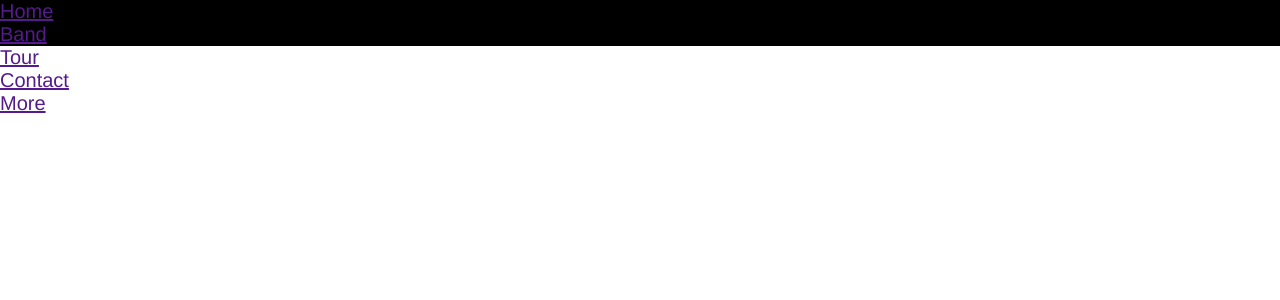
Repository: nugort/nugort.github.io
Page: f8/the-band/index.html
These files come from the project's save history. The page is drawn as it stood at one moment and after the next save; the edit follows.
The browser window is 1280 px wide. The pictures show the whole page.

Above is the page before, as saved 2022-02-07 00:17:36.

### f8/the-band/index.html
<!DOCTYPE html>
<html lang="en">

<head>
    <meta charset="UTF-8">
    <meta http-equiv="X-UA-Compatible" content="IE=edge">
    <meta name="viewport" content="width=device-width, initial-scale=1.0">
    <title>Document</title>
    <link rel="stylesheet" href="./assets/css/styles.css">
</head>

<body>
    <div id="main">
        <div id="header">
            <ul id="nav">
                <li>
                    <a href="">Home</a>
                </li>

                <li>
                    <a href="">Band</a>
                </li>

                <li>
                    <a href="">Tour</a>
                </li>

                <li>
                    <a href="">Contact</a>
                </li>

                <li>
                    <a href="">More</a>
                </li>
            </ul>
        </div>

        <div id="conten">

        </div>

        <div id="footer">

        </div>
    </div>
</body>

</html>

### f8/the-band/assets/css/styles.css
/* 3 kiểu dùng css
- inline (phèn)
- internal (cũng phèn)
-external (đúng đúng đúng) */

/* Các đơn vị hay dùng
* Absolute units
- px
- pt
- cm
- mm
- inch
- picture

* Relative units
- %
- rem (bằng kích cỡ chữ của thẻ html - mặc định là 16px)
- em  (bằng kích cỡ chữ của thẻ cha chứa nó gần nhất có set font-size)
- vw (chiều rộng bằng chiều ngang của màn hình hiển thị)
- vh (chiều cao bằng chiều dọc của màn hình hiển thị) */

/* Hàm trong css
- var(): gọi biến vào
- linearGradient()
- rgba()
- rgb
- calc(): tính toán
- attr() */

/* Pseudo-classes (lớp giả) */

:root {
    --text-color: #FFFFFF;
    --background-color: #00171F;
    --button-color: #003459;
    --other-color: #007EA7;
    --button-2nd-color: #00A8E8;
}  /* Đặt biến giống trong ngôn ngữ lập trình khác thôi =))) */

* {
    box-sizing: border-box;
    margin: 0;
    padding: 0;
} /* reset css */

html {
    font-family: Helvetica, sans-serif;
    font-size: 20px;
}
/*
Chọn cùng lúc nhiều Class, ID đưa qua css
Bôi đen điểm chung -> CTRL +  SHIFT + L -> Mũi tên qua phải ( > ) -> CTRL + SHIFT + ( > ) -> CTRL + C
-> Qua file css paste -> ALT + CLICK  -> # -> CTRL + ( > ) -> {}
 */

/*
1. Làm từ ngoài vào trong
2. Làm từ trên xuống dưới
3. Từ tổng quan đến chi tiết
*/

/*
1. Vị trí (Vị trí các phần; Header, Content, ...)
2. Kích thước
3. Màu sắc
4. Styles (Fonts chữ, tròn, vuông, ...)
*/

#main{

}

#header{
    background-color: black;
    height: 46px;
}

#content{

}

#footer{

}

After the next save:
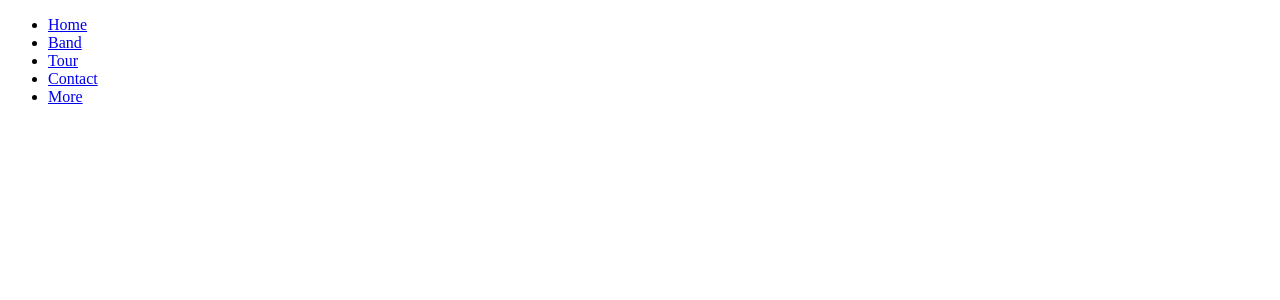
Saved 108 s later.
--- a/f8/the-band/index.html
+++ b/f8/the-band/index.html
@@ -6,7 +6,7 @@
     <meta http-equiv="X-UA-Compatible" content="IE=edge">
     <meta name="viewport" content="width=device-width, initial-scale=1.0">
     <title>Document</title>
-    <link rel="stylesheet" href="./assets/css/styles.css">
+    <link rel="stylesheet" href="#./assets/css/styles.css">
 </head>
 
 <body>
@@ -14,23 +14,23 @@
         <div id="header">
             <ul id="nav">
                 <li>
-                    <a href="">Home</a>
+                    <a href="#">Home</a>
                 </li>
 
                 <li>
-                    <a href="">Band</a>
+                    <a href="#">Band</a>
                 </li>
 
                 <li>
-                    <a href="">Tour</a>
+                    <a href="#">Tour</a>
                 </li>
 
                 <li>
-                    <a href="">Contact</a>
+                    <a href="#">Contact</a>
                 </li>
 
                 <li>
-                    <a href="">More</a>
+                    <a href="#">More</a>
                 </li>
             </ul>
         </div>

After the save that followed:
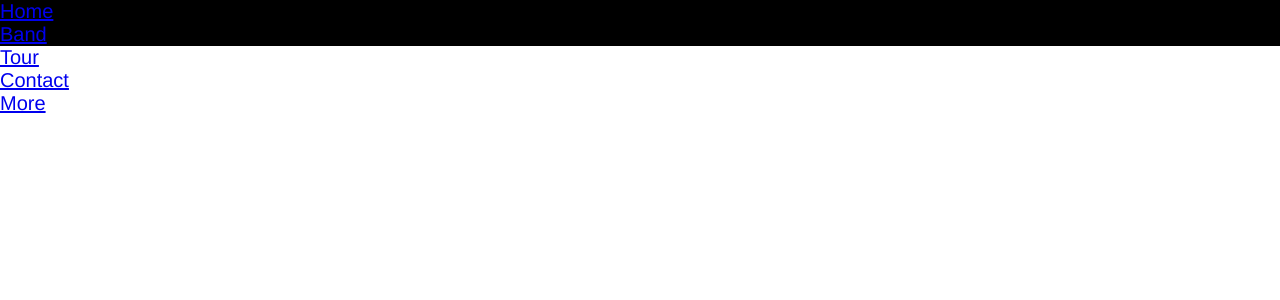
Saved 11 s later.
--- a/f8/the-band/index.html
+++ b/f8/the-band/index.html
@@ -6,7 +6,7 @@
     <meta http-equiv="X-UA-Compatible" content="IE=edge">
     <meta name="viewport" content="width=device-width, initial-scale=1.0">
     <title>Document</title>
-    <link rel="stylesheet" href="#./assets/css/styles.css">
+    <link rel="stylesheet" href="./assets/css/styles.css">
 </head>
 
 <body>
